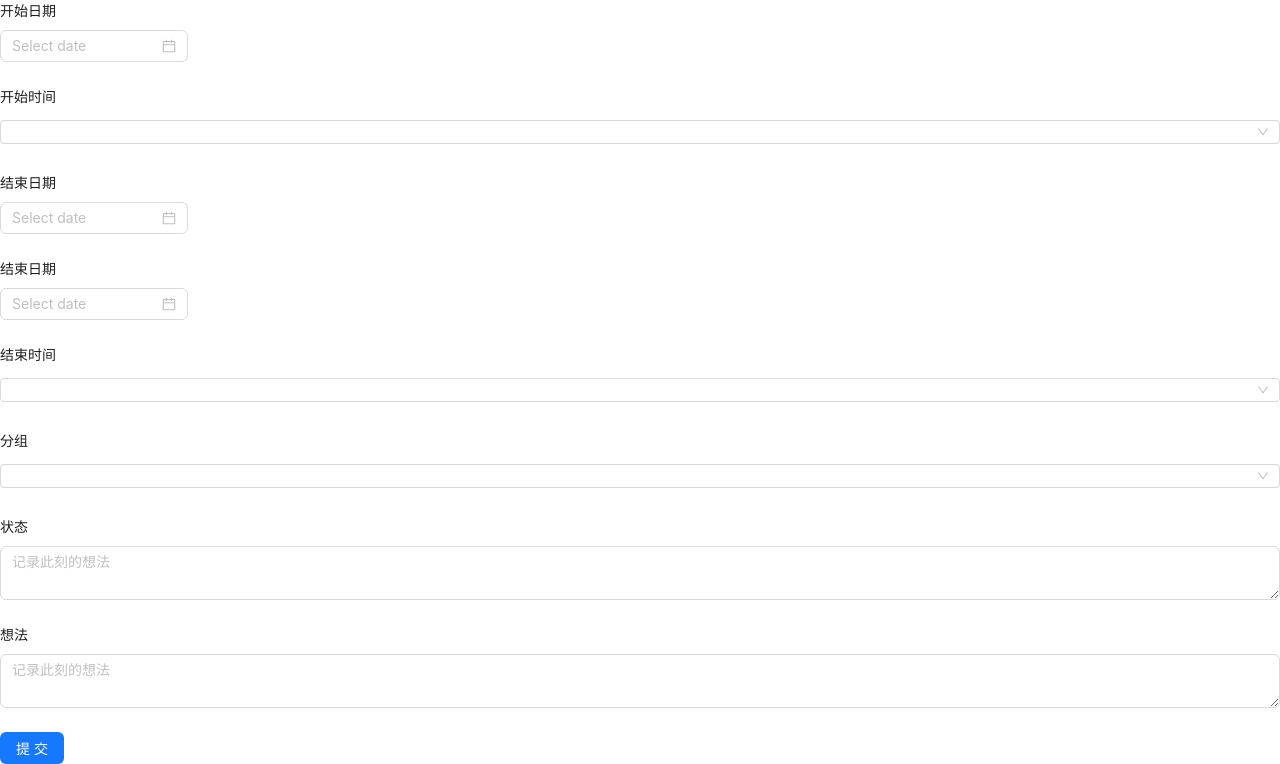
Repository: wujieli0207/time-value-app
Page: /
An editor plug-in stored every save of this project. The page is shown before and after the next save, followed by the edit.
The browser window is 1280 px wide. The pictures show the whole page.
The project was rebuilt for these pictures with package versions that can differ from the ones it lists, and the page was loaded fresh each time. Also part of the build but not shown: vite.config.ts.

Above is the page before, as saved 2024-01-29 10:59:53.

### src/main.tsx
import './style/index.less'

import React from 'react'
import ReactDOM from 'react-dom/client'
import App from './App.tsx'

ReactDOM.createRoot(document.getElementById('root')!).render(
  <React.StrictMode>
    <App />
  </React.StrictMode>
)

### src/App.tsx
import { Button, Form, Input, DatePicker, Select, Space } from 'antd'
import { useMemo } from 'react'
import { generateTimesGap } from '@/utils'
import { ITimeInterface } from '#/time'
import { catagoryConfig } from '@/config/time'

interface FieldType
  extends Pick<ITimeInterface, 'catagoryId' | 'description' | 'status'> {
  startDate: string
  startTime: string
  endDate: string
  endTime: string
}

function App() {
  const timeRange = useMemo(() => {
    return generateTimesGap()
  }, [])

  return (
    <>
      <Form layout="vertical">
        <Form.Item<FieldType> name="startDate" label="开始日期">
          <DatePicker />
        </Form.Item>
        <Form.Item<FieldType> name="startTime" label="开始时间">
          <Select size="small" options={timeRange} />
        </Form.Item>
        <Form.Item label="结束日期">
          <DatePicker />
        </Form.Item>
        <Form.Item<FieldType> name="endDate" label="结束日期">
          <DatePicker />
        </Form.Item>
        <Form.Item<FieldType> name="endTime" label="结束时间">
          <Select size="small" options={timeRange} />
        </Form.Item>

        <Form.Item<FieldType> name="catagoryId" label="分组">
          <Select size="small">
            {catagoryConfig.map((item) => (
              <Select.Option key={item.value} value={item.value}>
                <Space>
                  <div
                    className="w-2 h-2 rounded-full"
                    style={{ backgroundColor: item.color }}
                  />
                  {item.label}
                </Space>
              </Select.Option>
            ))}
          </Select>
        </Form.Item>

        <Form.Item<FieldType> name="status" label="状态">
          <Input.TextArea placeholder="记录此刻的想法" />
        </Form.Item>

        <Form.Item<FieldType> name="description" label="想法">
          <Input.TextArea placeholder="记录此刻的想法" />
        </Form.Item>
      </Form>

      <Button type="primary">提交</Button>
    </>
  )
}

export default App

### src/utils/index.ts
export { dateFormat, generateTimesGap } from './date'

### src/config/time.ts
import { StatusEnum } from '@/enums/time'

export const catagoryConfig = [
  {
    value: 'work',
    label: '工作',
    color: 'red',
  },
  {
    value: 'improve',
    label: '自我提升',
    color: 'blue',
  },
  {
    value: 'live',
    label: '生活',
    color: 'green',
  },
  {
    value: 'boring',
    label: '无聊',
    color: 'gray',
  },
]

export const statusConfig = [
  {
    value: StatusEnum.GOOD,
    label: '还不错',
  },
  {
    value: StatusEnum.MIDDLE,
    label: '一般般',
  },
  {
    value: StatusEnum.BAD,
    label: '不太行',
  },
]

### src/utils/date.ts
import dayjs, { ConfigType } from 'dayjs'
import { DateFormatEnum } from '@/enums/global'

/**
 * @description 日期格式化
 */
export function dateFormat(
  date: ConfigType,
  fmt = DateFormatEnum.DATE
): string {
  if (date) {
    const result = dayjs(date).format(fmt)
    return result === 'Invalid date' ? '' : result
  }

  return ''
}

/**
 * @description 按照每 15 分钟到间隔，生成时间选择列表
 */
export function generateTimesGap(): Array<Record<'label' | 'value', string>> {
  const times = []
  for (let i = 0; i < 24; i++) {
    for (let j = 0; j < 60; j += 15) {
      const date = new Date()
      date.setHours(i, j)
      const isPM = i >= 12
      const hour = isPM ? i - 12 : i
      const minute = j < 10 ? '0' + j : j
      const label = `${isPM ? '下午' : '上午'} ` + hour + ':' + minute
      times.push({
        label: label,
        value: dateFormat(date, DateFormatEnum.MINUTE),
      })
    }
  }
  return times
}

### src/enums/time.ts
export enum StatusEnum {
  GOOD = 'GOOD',
  MIDDLE = 'MIDDLE',
  BAD = 'BAD',
}

### src/enums/global.ts
export enum ThemeEnum {
  SYSTEM = 'system', // 跟随系统
  LIGHT = 'light',
  DARK = 'dark',
}

export enum LanguageEnum {
  ZH_CN = 'zh-CN',
  EN_US = 'en-US',
}

export enum DateFormatEnum {
  DATE = 'YYYY-MM-DD',
  DATE_TIME = 'YYYY-MM-DD HH:mm:ss',
  DATE_MINUTE = 'YYYY-MM-DD HH:mm',
  MINUTE = 'HH:mm',
}

Loaded but not shown: index.html (common file); src/style/index.less (common file); tailwind.config.js (common file)

After the next save:
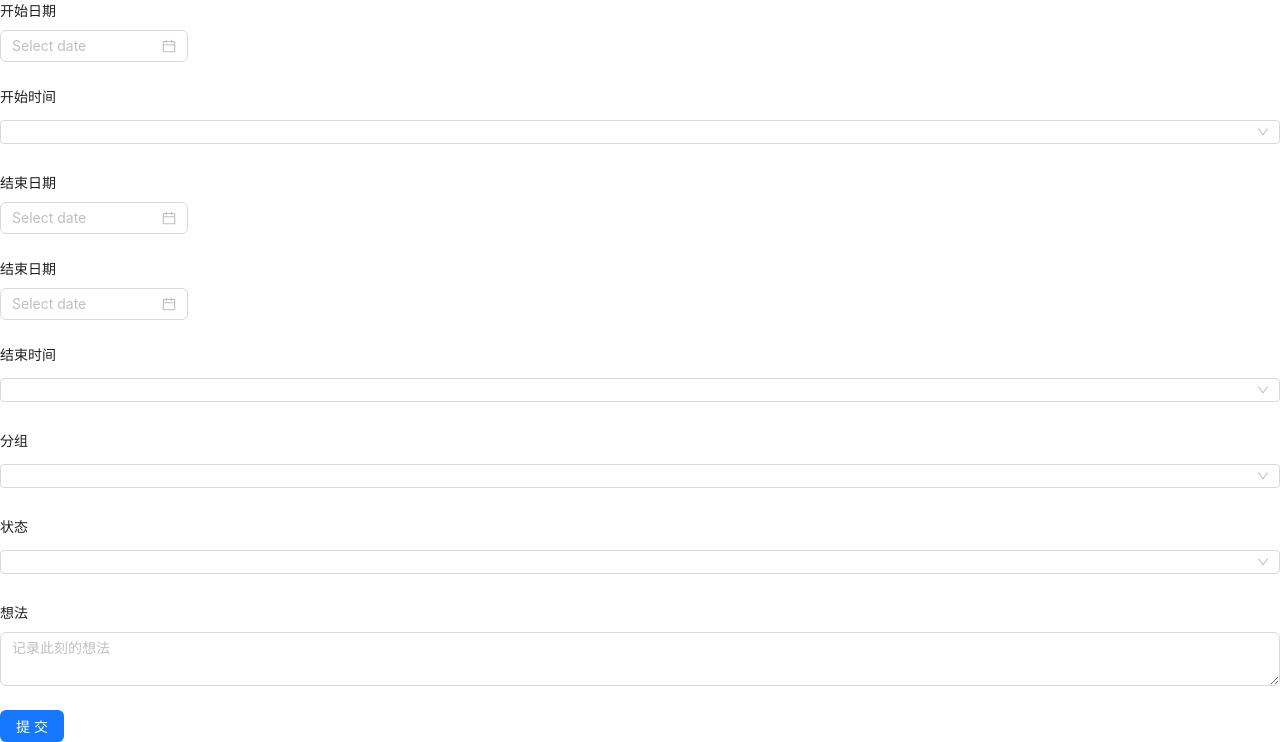
Saved 17 s later.
--- a/src/App.tsx
+++ b/src/App.tsx
@@ -53,7 +53,19 @@ function App() {
         </Form.Item>
 
         <Form.Item<FieldType> name="status" label="状态">
-          <Input.TextArea placeholder="记录此刻的想法" />
+          <Select size="small">
+            {catagoryConfig.map((item) => (
+              <Select.Option key={item.value} value={item.value}>
+                <Space>
+                  <div
+                    className="w-2 h-2 rounded-full"
+                    style={{ backgroundColor: item.color }}
+                  />
+                  {item.label}
+                </Space>
+              </Select.Option>
+            ))}
+          </Select>
         </Form.Item>
 
         <Form.Item<FieldType> name="description" label="想法">
